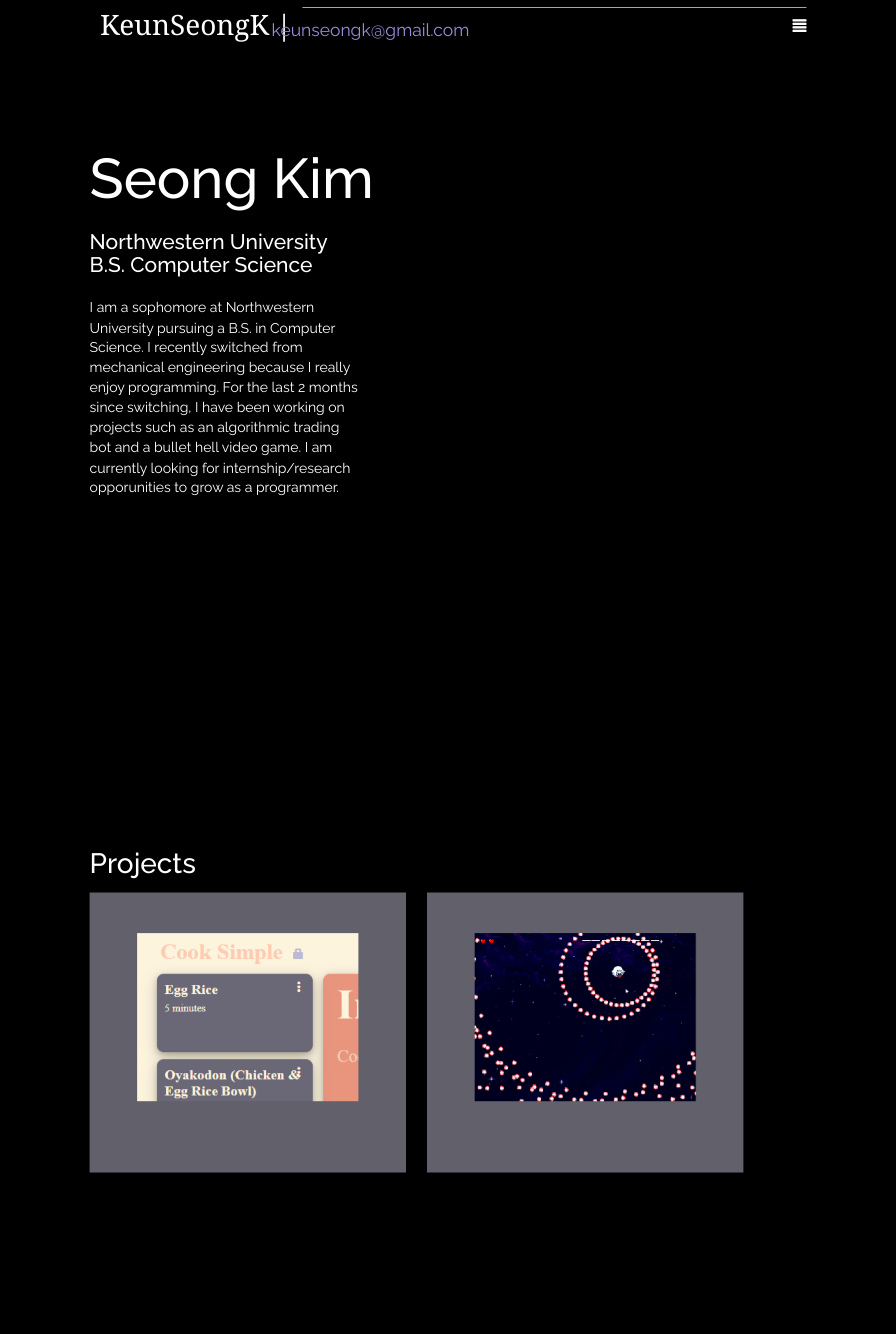
Repository: oqueuo/personal-site
Page: index.html
These files come from the project's save history. The page is drawn as it stood at one moment and after the next save; the edit follows.
The browser window is 1280 px wide. The pictures show the whole page, at 70% of full size.

Above is the page before, as saved 2020-09-21 17:51:50.
Console error (its wording comes from the project's code and is left out).

### index.html
<!-- Accountability, Balance, Trustworthiness -->
<!DOCTYPE html>
<html lang="en">
  <head>
    <meta charset="UTF-8">
    <meta name="viewport" content="width=device-width, initial-scale=1.0">
    <title>Seong Kim</title>
    <script src="https://maxcdn.bootstrapcdn.com/bootstrap/3.4.1/js/bootstrap.min.js"></script>
    <link rel="stylesheet" href="https://maxcdn.bootstrapcdn.com/bootstrap/3.4.1/css/bootstrap.min.css">
    <link rel="stylesheet" href="styles.css">
    <script src="scripts.js"></script>
  </head>

  <body>
    <main>
      <header>
        <h1 id="navbar-brand"><a href="index.html" class="navbar-brand">KeunSeongK |</a></h1>
        <a id="email" href = "mailto: abc@example.com">keunseongk@gmail.com</a>
        <ul>
          <li><span id="pulldown-btn" class="glyphicon glyphicon-align-justify"></span>
            <ul id="nav-pulldown">
              <li class="navbar-item"><a class="nav-link" href=#about></a></li>
              <li class="navbar-item" style="padding-right:100px;"><a class="nav-link" href="resume.html">Resume</a></li>
              <li class="navbar-item"><a class="nav-link" href="https://github.com/oqueuo">GitHub</a></li>
              <li class="navbar-item"><a class="nav-link" href="https://www.linkedin.com/in/seong-kim-a0a989160/">LinkedIn</a></li>
            </ul>
          </li>
        </ul>

      </header>
      <section id="horizontal-line"></section>
        <hr>
      </section>
      <!-- About me -->
      <section id="about">

        <div id="about-text">
          <h1>Seong Kim</h1>
          <h2>Northwestern University<br>B.S. Computer Science</h2>
          <p>I am a sophomore at Northwestern University pursuing
            a B.S. in Computer Science. I recently switched from mechanical engineering
            because I really enjoy programming. For the last 2 months since switching,
            I have been working on projects such as an algorithmic trading bot and a
            bullet hell video game. I am currently looking for internship/research
            opporunities to grow as a programmer.
          </p>
        </div>
      </section>

      <h1 id="projects-header">Projects</h1>

      <!-- Projects: Filled in with JS template -->
      <section id="projects">
      </section>

    </main>
  </body>
  <script>
    render_projects(projects, "#projects");
  </script>
</html>

### styles.css
@import url('https://fonts.googleapis.com/css2?family=Raleway:ital,wght@0,100;0,200;0,300;0,400;0,500;0,600;0,700;0,800;0,900;1,100;1,200;1,300;1,400;1,500;1,600;1,700;1,800;1,900&display=swap');
/* Global styles
------------------------------------*/
* {
    /* Remove Chrome default margins */
    margin: 0 !important;
    font-family: 'Raleway', sans-serif;
}
body {
    background: black;
    display: flex;
    justify-content: center;
}
main {
    position: relative;
    width: 80vw;
    display: block;
    /* background: saddlebrown; */
    margin-left: auto;
    margin-right: auto;
}


/* NAVBAR */
header {
    color: white;
    padding-top: 10px;
    position: relative;
    width: inherit;
}
header>a {
    position: absolute;
    font-size: 25px;
    left: 260px;
    top: 25px;
}
header ul {
    position: absolute;
    top: 25px;
    right: 0px;
}
#navbar-brand {

}
.navbar-brand {
    text-decoration: none;
    font-size: 40px !important;
    color: white;
    font-family: Cambria, Cochin, Georgia, Times, 'Times New Roman', serif !important;
}

.navbar-item {
    display: inline;
    font-size: 25px;
    padding-right: 15px;
}
ul a, #email, .more-info-on-github {
    text-decoration: none;
    color: rgb(153, 140, 218);
}

ul a:hover, #email:hover, .more-info-on-github:hover {
    opacity: 0.8;
}
ul a:active, #email:active, .more-info-on-github:active {
    opacity: 0.7;
}
#horizontal-line {
    width: 100vw;
    left: 0;
}


/* ABOUT */
#about {
    color: white;
    margin-top: 200px !important;
    /* background: royalblue; */
}
#about-text h1 {
    font-family: 'Raleway', sans-serif;
    font-size: 80px;
}
#about-text h2 {
    margin-top: 30px !important;
}
#about p {
    margin-top: 30px !important;
    max-width: 30vw;
    font-size: 20px;
}


/* Projects */
#projects {
    margin-top: 20px !important;
    color: white;
    display: flex;
    flex-direction: row;
    flex-wrap: wrap;
    margin-bottom: 200px !important;
    flex: 2;
}
#projects-header {
    font-size: 40px;
    color: white;
    margin-top: 500px !important;
}

.project-card {
    width: calc(50% - 60px);
    margin-bottom: 30px !important;
    margin-right: 30px !important;
    height: 400px;
    background: rgb(97, 96, 107);;
    position: relative;
}
.project-card-content {
    width: 70%;
    height: 60%;
    position: absolute;
    background-size: auto;
    margin: 13% 15% !important;

    transition: .5s ease;
    backface-visibility: hidden;
}

.project-overlay {
    transition: .5s ease;
    opacity: 0;
    position: absolute;
    top: 50%;
    left: 50%;
    transform: translate(-50%, -50%);
    -ms-transform: translate(-50%, -50%);
}
.project-card:hover .project-card-content {
    opacity: 0.2;
}

.project-card:hover .project-overlay {
opacity: 1;
}


/* Resume */
.resume {
    margin-top: 200px !important;
    background-image: url(backgrounds/resume330.png);
    height: 1000px;
    width: 63%;
}

.three-vertical-dots {
    color: white;
}

@media (max-width: 1300px) {
    /* Recipe pulldown */
    header ul {
        list-style: none;
        z-index: 5;
    }
    span.three-vertical-dots {
        /* Put the three dots on top right corner of recipe card */
        position: absolute;
        top: 10px;
        right: 10px;
    }
    .three-vertical-dots li:active {
        color: rgb(255, 239, 218);
    }
    #pulldown-btn {
        cursor: pointer;
        font-size: 20px;
    }
    ul #nav-pulldown {
        display: none;
        background-color: rgb(253, 244, 222);
        border: 1px solid #333;
        border-radius: 4px;
        width: 90px;
        padding: 5px;
        position: absolute;
        top: 30px;
        right: 10px;
        text-align: end;
    }
    ul #nav-pulldown li {
        color: #333;
        display: block;
        block-size: auto;
    }
    header>ul>li:hover #nav-pulldown {
        display: block;
    }
    ul #nav-pulldown a {
        color: rgb(76, 74, 83);
        font-size: 15px;
    }
}

### scripts.js
var projects = [
    {
        title: "Cook Simple",
        description: "A minimalist recipe storage app for computers and mobile devices.",
        cover: "backgrounds/cook-simple.png"
    },
    {
        title: "Boollet Hell",
        description: "A Bullet Hell shooter game. Inspired by popular bullet hell shooters from Japan",
        cover: "backgrounds/boollet-hell.png"
    }
]
let more_info_on_my_github = "More info on <a class='more-info-on-github' href='https://github.com/oqueuo'>GitHub</a>"


function render_projects(projects, projects_id) {
    let project_case = document.querySelector(projects_id);
    if (project_case) {
        if (projects instanceof Array) {
            for (let project of projects) {
                let template = `
                <div class="project-card-content" style="background-image: url(${project.cover});"></div>
                <div class="project-overlay">
                    <p>${project.description}<br><br></p>
                    ${more_info_on_my_github}
                </div>`;

                let container = document.createElement("div");
                container.className = "project-card";

                container.innerHTML = template;
                project_case.append(container);
            }
        }
    }
}

const show_project_info = (el) => {

}

After the next save:
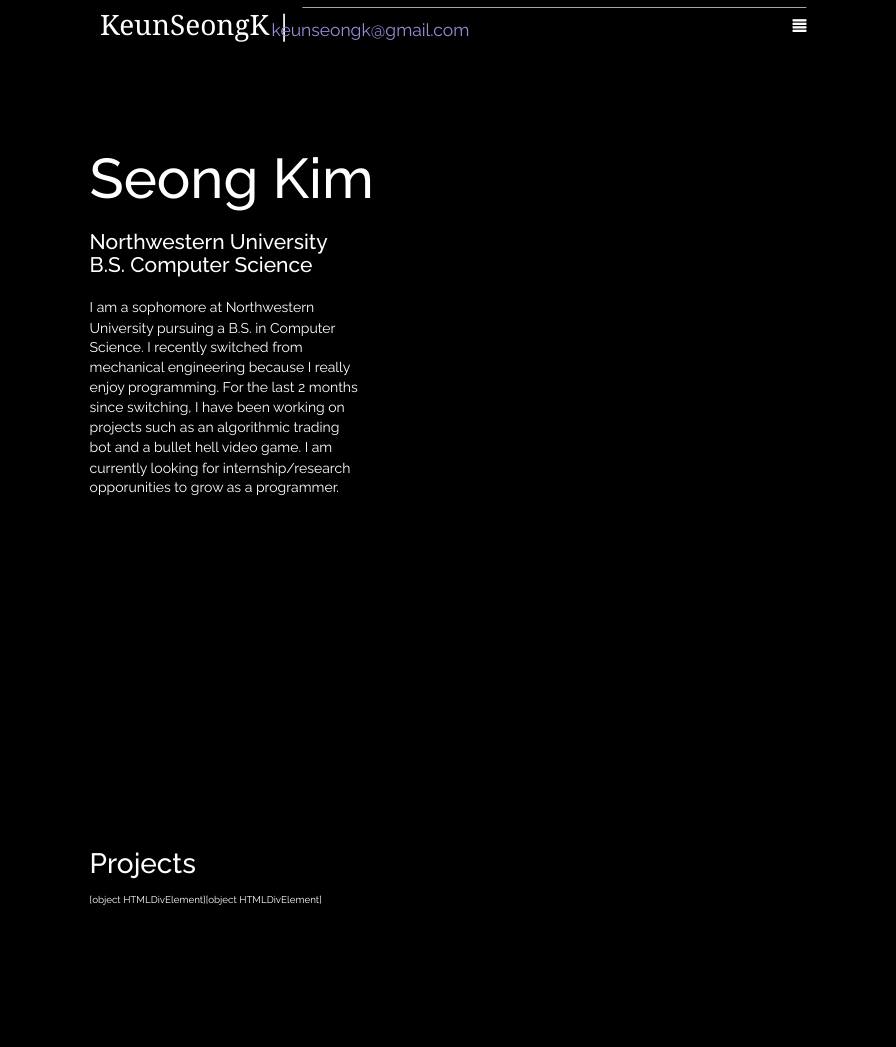
Saved 2 min 1 s later.
--- a/scripts.js
+++ b/scripts.js
@@ -25,11 +25,14 @@ function render_projects(projects, projects_id) {
                     ${more_info_on_my_github}
                 </div>`;
 
-                let container = document.createElement("div");
-                container.className = "project-card";
+                let project_card_container = document.createElement("div");
+                project_card_container.className = "project-card-container";
+                let project_card = document.createElement("div");
+                project_card.className = "project-card";
 
-                container.innerHTML = template;
-                project_case.append(container);
+                project_card.innerHTML = template;
+                project_card_container.innerHTML = project_card
+                project_case.append(project_card_container);
             }
         }
     }
